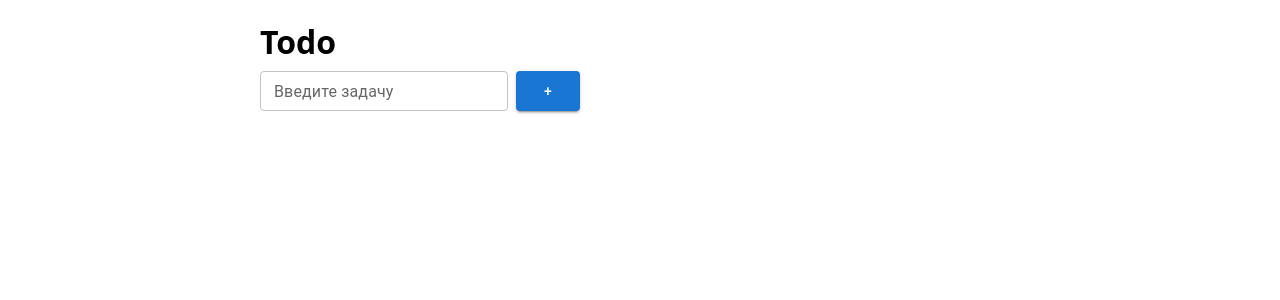
Repository: Burnmyheart/todo-app
Page: /
The author's editor kept a copy of each file at every save. The page is drawn from the files as they stood at one save, then again after the next save.
The browser window is 1280 px wide. The pictures show the whole page.
The project was rebuilt for these pictures with package versions that can differ from the ones it lists, and the page was loaded fresh each time. Also part of the build but not shown: vite.config.ts, src/components/TodoList/TodoList.tsx.

Above is the page before, as saved 2025-09-20 02:31:09.

After the next save:
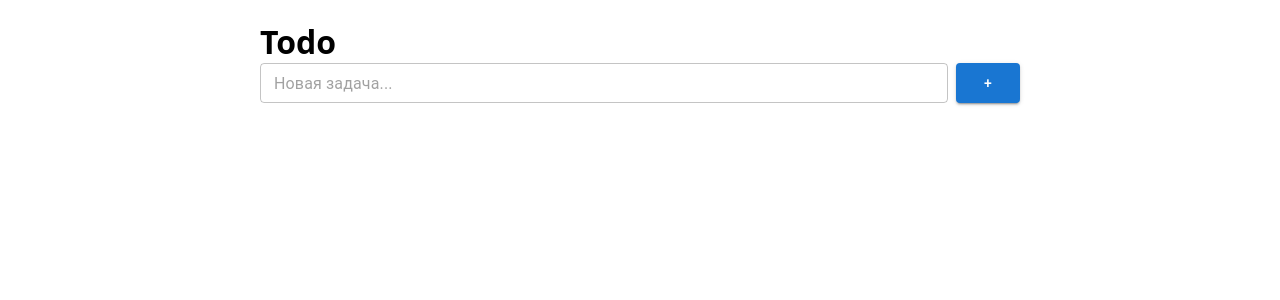
Saved 92 s later.
--- a/src/components/AddTodo/AddTodo.tsx
+++ b/src/components/AddTodo/AddTodo.tsx
@@ -3,10 +3,9 @@
 
 interface AddTodoProps {
   onAdd: (text: string) => void;
-  placeholder?: string;
 }
 
-const AddTodo: React.FC<AddTodoProps> = ({ onAdd, placeholder }) => {
+const AddTodo: React.FC<AddTodoProps> = ({ onAdd }) => {
   const [value, setValue] = useState("");
   const [error, setError] = useState(false);
 
@@ -21,7 +20,7 @@
   };
 
   return (
-    <Stack direction="row" spacing={1} sx={{ mt: 1, mb: 1 }}>
+    <Stack direction="row" spacing={1} sx={{ width: "100%", mb: 1 }}>
       <TextField
         value={value}
         onChange={(e) => {
@@ -29,18 +28,13 @@
           setError(false);
         }}
         size="small"
-        label={placeholder || "Введите задачу"}
+        placeholder="Новая задача..."
+        onKeyDown={(e) => e.key === "Enter" && handleAdd()}
         error={error}
         helperText={error ? "Поле не может быть пустым" : ""}
-        onKeyDown={(e) => {
-          if (e.key === "Enter") {
-            handleAdd();
-          }
-        }}
+        fullWidth
       />
-      <Button variant="contained" onClick={handleAdd}>
-        +
-      </Button>
+      <Button variant="contained" onClick={handleAdd}>+</Button>
     </Stack>
   );
 };
